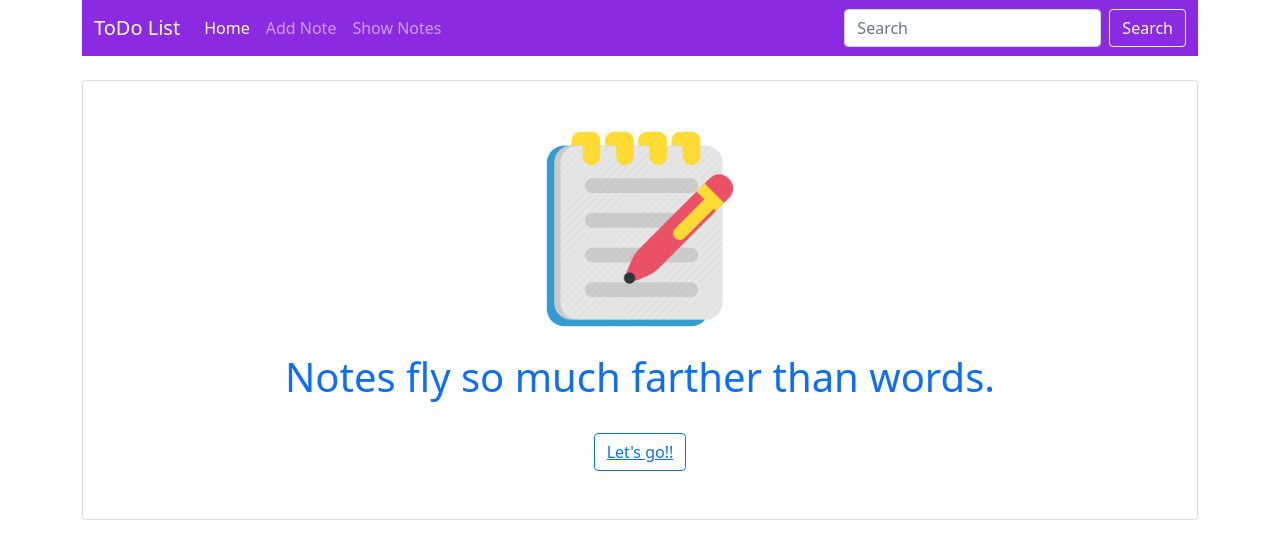
Repository: VishalSalvi17/Hibernate
Page: http://localhost/ToDoList/
An editor plug-in stored every save of this project. The page is shown before and after the next save, followed by the edit.
The browser window is 1280 px wide. The pictures show the whole page.
Some web libraries are served in a nearby version. The page is served by Tomcat 9.

Above is the page before, as saved 2023-03-17 07:52:45.

After the next save:
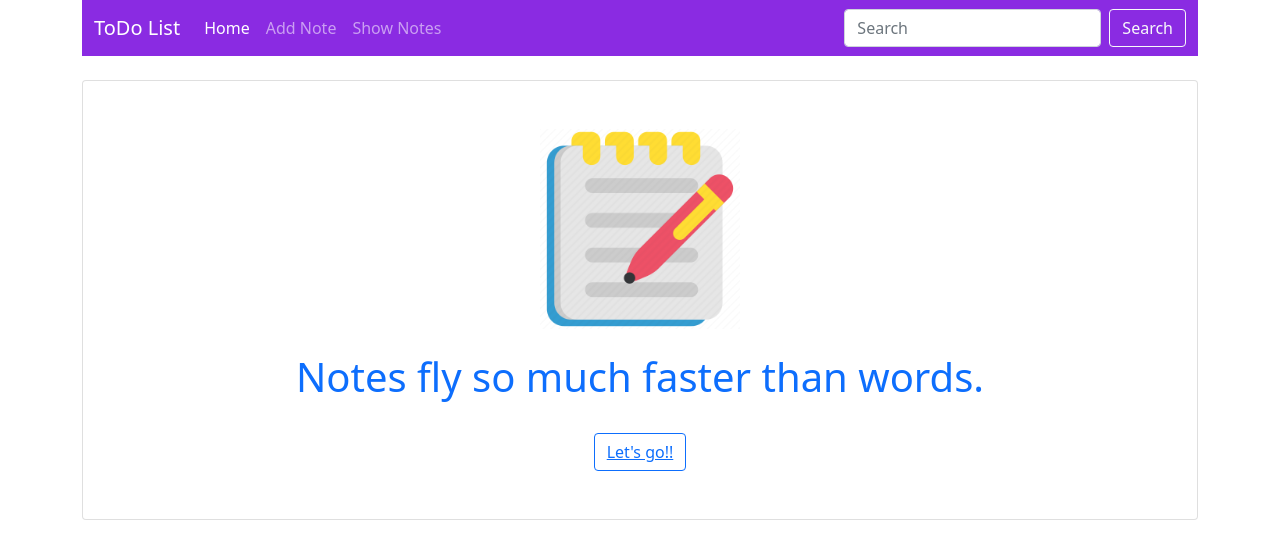
Saved 3 min 18 s later.
--- a/ToDoList/src/main/webapp/index.jsp
+++ b/ToDoList/src/main/webapp/index.jsp
@@ -20,7 +20,7 @@
 		<img alt="" class = "img-fluid mx-auto" width=200px src="img/notebook.webp" >
 		<!-- <i class="fa-solid fa-envelope"></i>-->
 		<br>
-		<h1 class = "text-primary text-center">Notes fly so much farther than words. </h1>
+		<h1 class = "text-primary text-center">Notes fly so much faster than words. </h1>
 		<br>
 		<div class="container text-center">
 			<button class="btn btn-outline-primary text-center"><a href = "addnote.jsp">Let's go!!</a></button>
